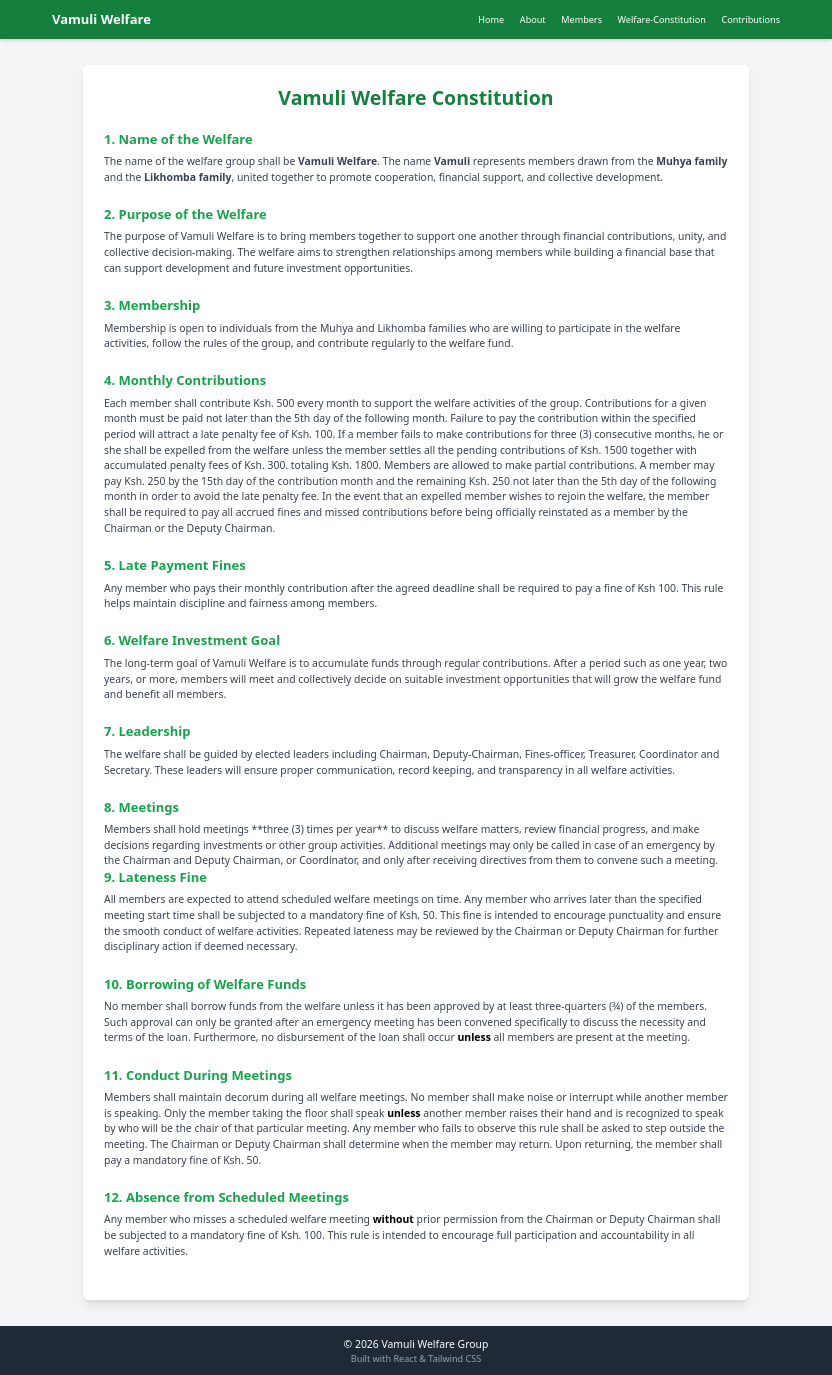
Repository: Engineer-collo/Vamuli-welfare
Page: /constitution
An editor plug-in stored every save of this project. The page is shown before and after a run of saves, followed by the edit.
The browser window is 1280 px wide. The pictures show the whole page, at 65% of full size.
The project was rebuilt for these pictures with package versions that can differ from the ones it lists, and the page was loaded fresh each time. Also part of the build but not shown: vite.config.js, src/pages/contributionsData.js, src/pages/Home.jsx, src/pages/Members.jsx, src/pages/ContributionsTable.jsx, src/pages/About.jsx.

Above is the page before, as saved 2026-03-16 16:19:10.

After the next 2 saves:
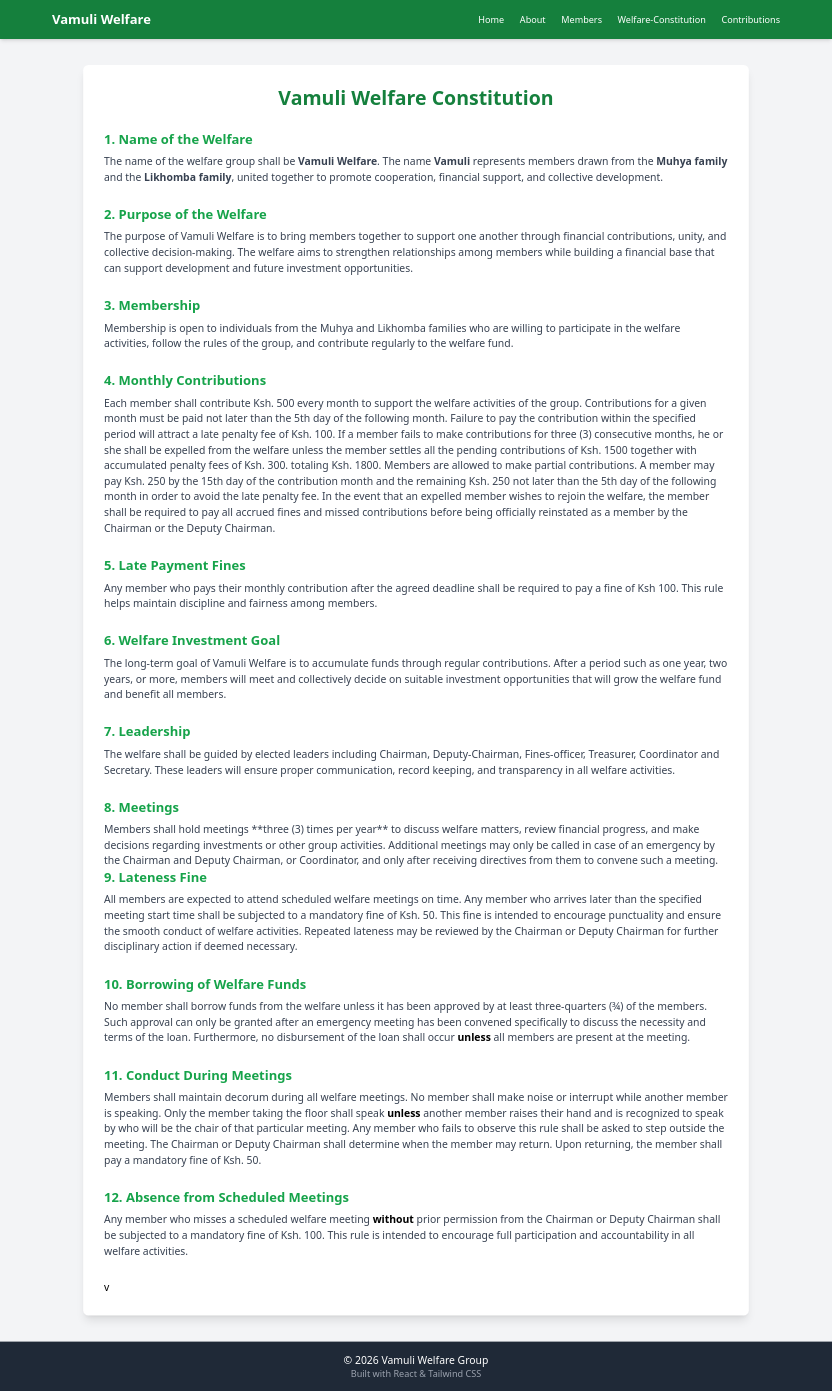
The 2 saves are shown as one change because they came seconds apart.
The last was saved 92 s later.
--- a/src/pages/WelfareConstituion.jsx
+++ b/src/pages/WelfareConstituion.jsx
@@ -219,6 +219,8 @@ function Constitution() {
     in all welfare activities.
   </p>
 </section>
+
+v
     </div>
   );
 }
